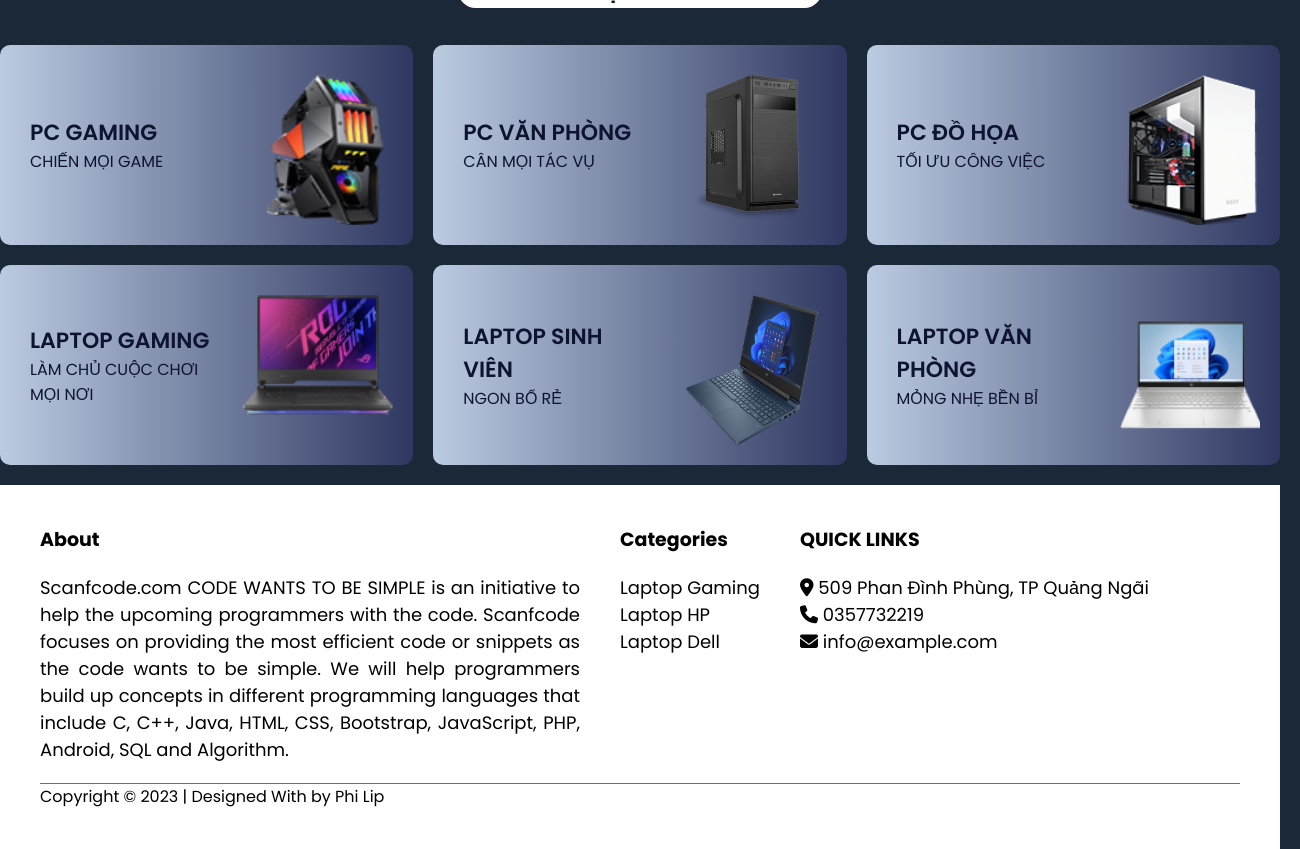
Repository: HPNChanel/DACS
Page: index.html
The author's editor kept a copy of each file at every save. The page is drawn from the files as they stood at one save, then again after the next save.
The browser window is 1280 px wide. The page is 1300 px wide, so the pictures cover 1300 px, including what lies to the right of the window. The pictures show the part of the page from y = 675 to 1599 px (the page is 1524 px tall before and 1599 px after).

Above is the page before, as saved 2023-04-11 15:15:51.

### index.html
<!DOCTYPE html>
<html lang="en">
    <head>
        <meta charset="UTF-8" />
        <meta http-equiv="X-UA-Compatible" content="IE=edge" />
        <meta name="viewport" content="width=device-width, initial-scale=1.0" />
        <title>TNL Store</title>
        <link rel="stylesheet" href="./style/main.css" />
        <link rel="preconnect" href="https://fonts.googleapis.com" />
        <link rel="preconnect" href="https://fonts.gstatic.com" crossorigin />
        <link
            href="https://fonts.googleapis.com/css2?family=Poppins:ital,wght@0,100;0,200;0,300;0,400;0,500;0,600;0,700;1,100;1,200;1,300;1,400;1,500;1,700&display=swap"
            rel="stylesheet"
        />
        <link
            rel="stylesheet"
            href="https://cdnjs.cloudflare.com/ajax/libs/font-awesome/6.4.0/css/all.min.css"
            integrity="sha512-iecdLmaskl7CVkqkXNQ/ZH/XLlvWZOJyj7Yy7tcenmpD1ypASozpmT/E0iPtmFIB46ZmdtAc9eNBvH0H/ZpiBw=="
            crossorigin="anonymous"
            referrerpolicy="no-referrer"
        />
    </head>
    <body>
        <div class="slider">
            <div class="slides">
                <input type="radio" name="radio-btn" id="radio1" />
                <input type="radio" name="radio-btn" id="radio2" />
                <input type="radio" name="radio-btn" id="radio3" />
                <input type="radio" name="radio-btn" id="radio4" />

                <div class="slide first">
                    <img src="./image/slide-image1.jpg" alt="" />
                </div>
                <div class="slide">
                    <img src="./image/slide-image2.jpg" alt="" />
                </div>
                <div class="slide">
                    <img src="./image/slide-image3.jpg" alt="" />
                </div>
                <div class="slide">
                    <img src="./image/slide-image4.jpg" alt="" />
                </div>

                <div class="navigation-auto">
                    <div class="auto-btn1"></div>
                    <div class="auto-btn2"></div>
                    <div class="auto-btn3"></div>
                    <div class="auto-btn4"></div>
                </div>
            </div>

            <div class="navigation-manual">
                <label for="radio1" class="munual-btn"></label>
                <label for="radio2" class="munual-btn"></label>
                <label for="radio3" class="munual-btn"></label>
                <label for="radio4" class="munual-btn"></label>
            </div>
        </div>
        <!-- Block của content -->
        <div class="block">
            <div class="block-header">
                <span class="block-header-title">DANH MỤC SẢN PHẨM</span>
            </div>
            <div class="block-content">
                <a href="./pc-gaming.html">
                    <div class="text">PC Gaming</div>
                    <div class="text-sub">Chiến mọi game</div>
                    <img src="./image/cat_maytinh_v2.png" alt="" />
                </a>
                <a href="./pc-vanphong.html">
                    <div class="text">PC Văn Phòng</div>
                    <div class="text-sub">Cân mọi tác vụ</div>
                    <img src="./image/cat-vanphong.png" alt="" />
                </a>
                <a href="./pc-dohoa.html">
                    <div class="text">PC Đồ họa</div>
                    <div class="text-sub">Tối ưu công việc</div>
                    <img src="./image/cat_dohoa_v3.png" alt="" />
                </a>
                <a href="./laptop-gaming.html">
                    <div class="text">Laptop Gaming</div>
                    <div class="text-sub">Làm chủ cuộc chơi mọi nơi</div>
                    <img
                        src="./image/cat_ laptop_v2.png"
                        alt=""
                        class="height-image"
                    />
                </a>
                <a href="./laptop-sinhvien.html">
                    <div class="text">Laptop sinh viên</div>
                    <div class="text-sub">Ngon bổ rẻ</div>
                    <img src="./image/laptop_sinhvien.png" alt="" />
                </a>
                <a href="./laptop-vanphong.html">
                    <div class="text">Laptop Văn Phòng</div>
                    <div class="text-sub">Mỏng nhẹ bền bỉ</div>
                    <img src="./image/cat_laptop_hoctap_v2.png" alt="" />
                </a>
            </div>
        </div>

        <!-- footer -->
        <footer>
            <div class="footer-top">
                <div class="footer-about">
                    <h6>About</h6>
                    <p>
                        Scanfcode.com CODE WANTS TO BE SIMPLE is an initiative
                        to help the upcoming programmers with the code.
                        Scanfcode focuses on providing the most efficient code
                        or snippets as the code wants to be simple. We will help
                        programmers build up concepts in different programming
                        languages that include C, C++, Java, HTML, CSS,
                        Bootstrap, JavaScript, PHP, Android, SQL and Algorithm.
                    </p>
                </div>
                <div class="footer-categories">
                    <h6>Categories</h6>
                    <a href=""><p>Laptop Gaming</p></a>
                    <a href=""><p>Laptop HP</p></a>
                    <a href=""><p>Laptop Dell</p></a>
                </div>
                <div class="footer-quickLinks">
                    <h6>QUICK LINKS</h6>
                    <p>
                        <i class="fa-sharp fa-solid fa-location-dot"> </i> 509
                        Phan Đình Phùng, TP Quảng Ngãi
                    </p>
                    <p><i class="fa fa-phone"></i> 0357732219</p>
                    <p><i class="fa-solid fa-envelope"></i> info@example.com</p>
                </div>
            </div>
            <div class="footer-bottom">
                <div class="footer-nav">
                    <a href="">
                        <p></p> </a
                    ><a href="">
                        <p></p> </a
                    ><a href="">
                        <p></p> </a
                    ><a href="">
                        <p></p> </a
                    ><a href="">
                        <p></p> </a
                    ><a href="">
                        <p></p>
                    </a>
                </div>
                <p>Copyright © 2023 | Designed With by Phi Lip</p>
            </div>
        </footer>
        <script src="main.js"></script>
    </body>
</html>

### style/main.css
:root {
    --slide-background-color: #888282;
}
* {
    margin: 0;
    padding: 0;
    box-sizing: border-box;
    list-style: none;
    text-decoration: none;
}
html {
    font-size: 62.5%;
}
body {
    font-family: "Poppins", sans-serif;
    font-size: 1.6rem;
    margin: 0 auto;
    width: 1280px;
    margin: 0 atuo;
    background-color: #1b2838;
}
.slider {
    width: 1280px;
    height: 60rem;
    border-radius: 10px;
    overflow: hidden;
}
.slides {
    width: 500%;
    height: 50rem;
    display: flex;
}
.slides input {
    display: none;
}
.slide {
    width: 20%;
    transition: 2s;
}
.slide img {
    width: 1280px;
    height: 600px;
}

.navigation-manual {
    position: absolute;
    width: 1280px;
    display: flex;
    justify-content: center;
    margin-top: 40px;
}
.munual-btn {
    border: 2px solid var(--slide-background-color);
    padding: 5px;
    border-radius: 10px;
    cursor: pointer;
    transition: 1s;
}
.munual-btn:not(:last-child) {
    margin-right: 10px;
}
.munual-btn:hover {
    background-color: var(--slide-background-color);
}

#radio1:checked ~ .first {
    margin-left: 0;
}
#radio2:checked ~ .first {
    margin-left: -20%;
}
#radio3:checked ~ .first {
    margin-left: -40%;
}
#radio4:checked ~ .first {
    margin-left: -60%;
}

.navigation-auto {
    position: absolute;
    display: flex;
    width: 1280px;
    justify-content: center;
    margin-top: 540px;
}
.navigation-auto div {
    border: 2px solid var(--slide-background-color);
    padding: 5px;
    border-radius: 10px;
    transition: 1s;
}
.navigation-auto div:not(:last-child) {
    margin-right: 10px;
}

#radio1:checked ~ .navigation-auto .auto-btn1 {
    background-color: var(--slide-background-color);
}
#radio2:checked ~ .navigation-auto .auto-btn2 {
    background-color: var(--slide-background-color);
}
#radio3:checked ~ .navigation-auto .auto-btn3 {
    background-color: var(--slide-background-color);
}
#radio4:checked ~ .navigation-auto .auto-btn4 {
    background-color: var(--slide-background-color);
}

.block {
    margin-top: 60px;
}
.block-header {
    display: flex;
    align-items: center;
    justify-content: center;
    background-color: #aba4a4;
    height: 10px;
}
.block-header-title {
    position: relative;
    padding-left: 50px;
    padding-right: 50px;
    background-color: white;
    font-weight: 600;
    border-radius: 30px;
    font-size: 2.4rem;
    color: #0d1430;
}
.block-content {
    margin-top: 50px;
    display: flex;
    flex-wrap: wrap;
    margin-right: -2rem;
}
.block-content a {
    width: calc(33.33% - 2rem);
    height: 20rem;
    display: flex;
    flex-direction: column;
    align-items: flex-start;
    justify-content: center;
    margin-right: 2rem;
    margin-bottom: 2rem;
    padding-left: 30px;
    background: linear-gradient(to right, #bbcbe1 0, #313965e4 100%);
    position: relative;
    border-radius: 10px;
}
.block-content .text,
.block-content .text-sub {
    text-transform: uppercase;
    color: #0d1430;
    width: 50%;
}
.block-content .text {
    font-weight: 600;
    font-size: 2.2rem;
}
.block-content img {
    position: absolute;
    top: 3rem;
    right: 2rem;
    width: 15rem;
    height: 15rem;
    /* box-shadow: 10px 10px 10px red; */
}
.block-content .height-image {
    height: 12rem;
}
.block-content a:hover {
    scale: 1.05;
    transition: all 0.2s ease-in-out;
    box-shadow: 0px 0 10px 5px #dce5f3;
}

/* Footer*/
footer {
    width: 100%;
    background-color: white;
    padding: 40px;
}
.footer-top {
    display: flex;
    color: black;
    font-size: 18px;
    border-bottom: 1px solid #6f6d6d;
    padding-bottom: 20px;
}
.footer-about {
    width: 45%;
    margin-right: 40px;
}
.footer-about p {
    text-align: justify;
}
h6 {
    font-size: 19px;
    font-weight: 700;
    margin-bottom: 20px;
}

.footer-categories a {
    color: black;
}
.footer-categories {
    margin-right: 40px;
}

### main.js
var counter = 1;
setInterval(function () {
  document.getElementById("radio" + counter).checked = true;
  counter++;
  if (counter > 4) {
    counter = 1;
  }
}, 5000);

After the next save:
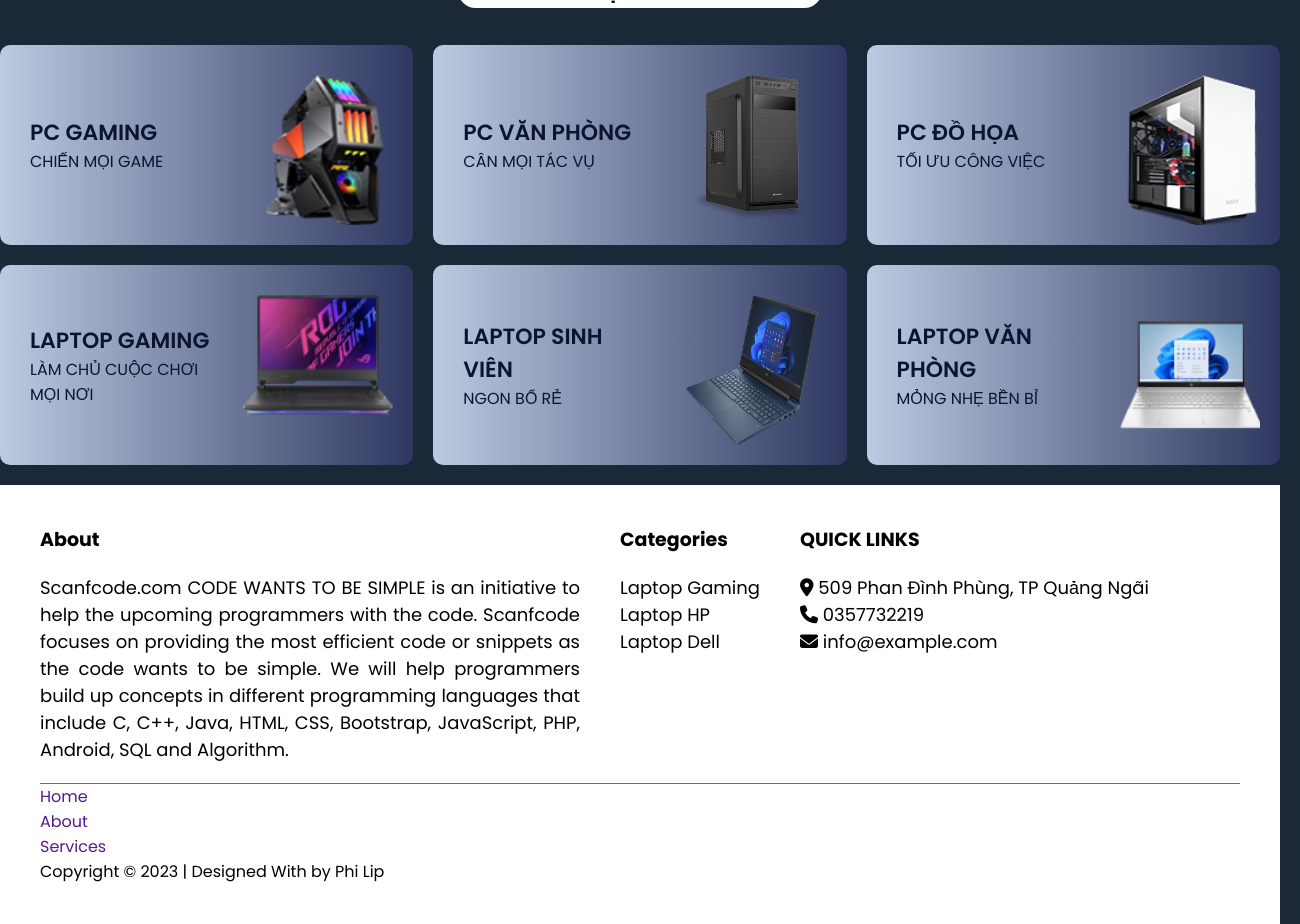
Saved 32 s later.
--- a/index.html
+++ b/index.html
@@ -133,18 +133,11 @@
             <div class="footer-bottom">
                 <div class="footer-nav">
                     <a href="">
-                        <p></p> </a
+                        <p>Home</p> </a
                     ><a href="">
-                        <p></p> </a
+                        <p>About</p> </a
                     ><a href="">
-                        <p></p> </a
-                    ><a href="">
-                        <p></p> </a
-                    ><a href="">
-                        <p></p> </a
-                    ><a href="">
-                        <p></p>
-                    </a>
+                        <p>Services</p> </a
                 </div>
                 <p>Copyright © 2023 | Designed With by Phi Lip</p>
             </div>
